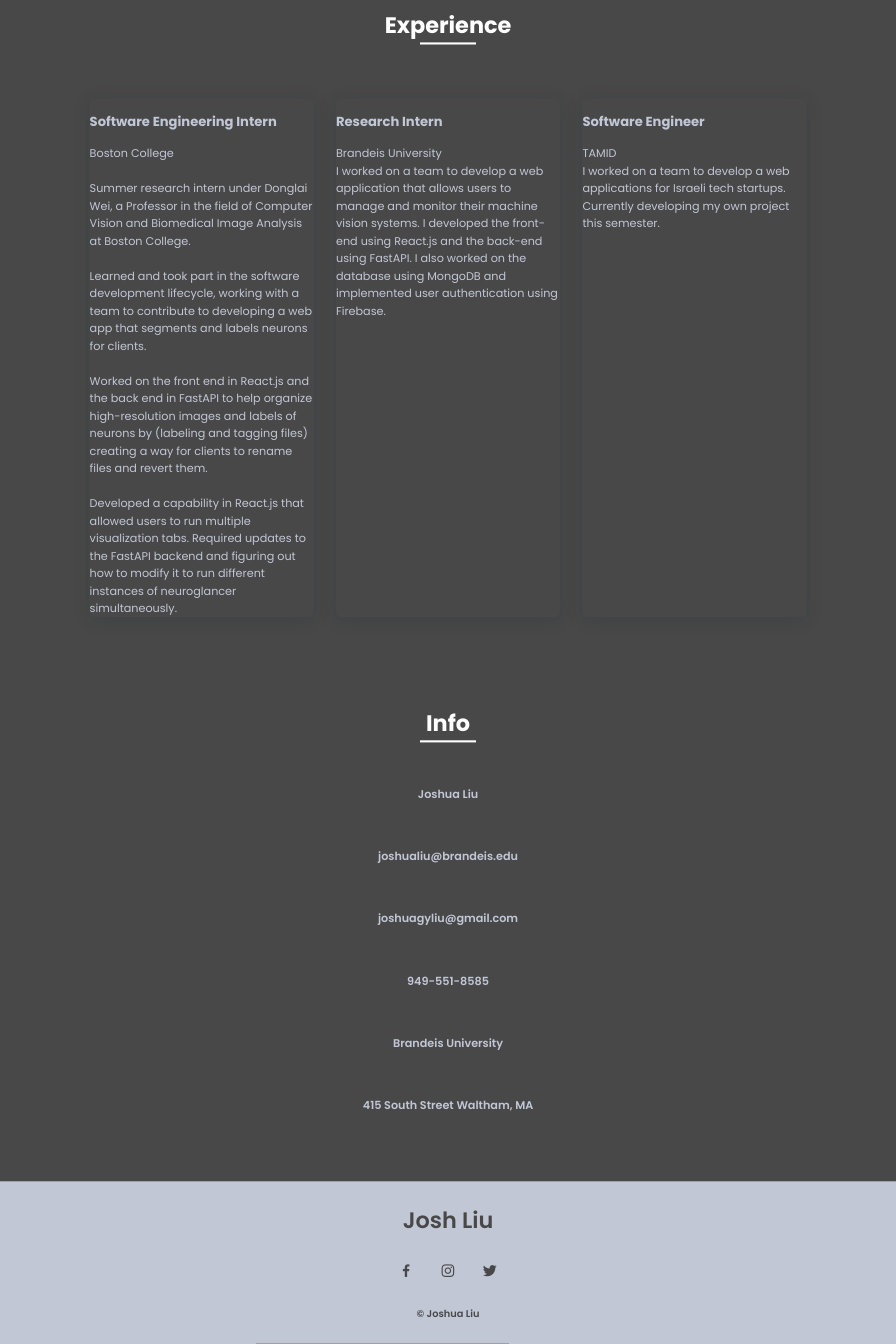
Repository: joshliu14/joshliu14.github.io
Page: index.html
These files come from the project's save history. The page is drawn as it stood at one moment and after the next save; the edit follows.
The browser window is 1280 px wide. The pictures show the part of the page from y = 2231 to 4151 px (the page is 4151 px tall before and 4062 px after), at 70% of full size.

Above is the page before, as saved 2024-02-01 00:50:39.

### index.html
<!DOCTYPE html>
<html lang="en">
  <head>
    <meta charset="UTF-8" />
    <meta name="viewport" content="width=device-width, initial-scale=1.0" />

    <link rel="stylesheet" href="assets/css/web.css" />

    <!-- =====BOX ICONS===== -->
    <link
      href="https://unpkg.com/boxicons@2.1.4/css/boxicons.min.css"
      rel="stylesheet"
    />

    <title>Joshua Liu</title>
  </head>
  <body>
    <!--===== HEADER =====-->
    <header class="l-header">
      <nav class="nav bd-grid">
        <div>
          <a href="#" class="nav__logo">Joshua Liu</a>
        </div>

        <div class="nav__menu" id="nav-menu">
          <ul class="nav__list">
            <li class="nav__item">
              <a href="#home" class="nav__link active-link">Home</a>
            </li>
            <li class="nav__item">
              <a href="#about" class="nav__link">About</a>
            </li>
            <li class="nav__item">
              <a href="#skills" class="nav__link">Skills</a>
            </li>
            <li class="nav__item">
              <a href="#work" class="nav__link">Experience</a>
            </li>
            <li class="nav__item">
              <a href="#contact" class="nav__link">Info</a>
            </li>
          </ul>
        </div>

        <div class="nav__toggle" id="nav-toggle">
          <i class="bx bx-menu"></i>
        </div>
      </nav>
    </header>

    <main class="l-main">
      <!--===== HOME =====-->
      <section class="home bd-grid" id="home">
        <div class="home__data">
          <h1 class="home__title">
            Hi,<br />I'm <span class="home__title-color">Josh</span><br />
          </h1>

          <a href="resume.pdf" class="button">Resume</a>
        </div>

        <div class="home__social">
          <a
            href="https://www.linkedin.com/in/joshua-liu-727847208/"
            class="home__social-icon"
            ><i class="bx bxl-linkedin"></i
          ></a>
          <a href="" class="home__social-icon"
            ><i class="bx bxl-behance"></i
          ></a>
          <a href="https://github.com/joshliu14" class="home__social-icon"
            ><i class="bx bxl-github"></i
          ></a>
        </div>

        <div class="home__img">
          <svg
            class="home__blob"
            viewBox="0 0 479 467"
            xmlns="http://www.w3.org/2000/svg"
            xmlns:xlink="http://www.w3.org/1999/xlink"
          >
            <mask id="mask0" mask-type="alpha">
              <path
                d="M9.19024 145.964C34.0253 76.5814 114.865 54.7299 184.111 29.4823C245.804 6.98884 311.86 -14.9503 370.735 14.143C431.207 44.026 467.948 107.508 477.191 174.311C485.897 237.229 454.931 294.377 416.506 344.954C373.74 401.245 326.068 462.801 255.442 466.189C179.416 469.835 111.552 422.137 65.1576 361.805C17.4835 299.81 -17.1617 219.583 9.19024 145.964Z"
              />
            </mask>
            <g mask="url(#mask0)">
              <path
                d="M9.19024 145.964C34.0253 76.5814 114.865 54.7299 184.111 29.4823C245.804 6.98884 311.86 -14.9503 370.735 14.143C431.207 44.026 467.948 107.508 477.191 174.311C485.897 237.229 454.931 294.377 416.506 344.954C373.74 401.245 326.068 462.801 255.442 466.189C179.416 469.835 111.552 422.137 65.1576 361.805C17.4835 299.81 -17.1617 219.583 9.19024 145.964Z"
              />
              <image
                class="home__blob-img"
                x="30"
                y="65"
                href="assets/img/profile.png"
              />
            </g>
          </svg>
        </div>
      </section>

      <!--===== ABOUT =====-->
      <section class="about section" id="about">
        <h2 class="section-title">About</h2>

        <div class="about__container bd-grid">
          <div class="about__img">
            <img src="assets/img/about.png" alt="" />
          </div>

          <div>
            <h2 class="about__subtitle">I'm Josh</h2>
            <p class="about__text">
              I am currently a sophomore at Brandeis University pursuing a
              degree in Computer Science and Applied Mathematics. I am eager to
              contribute my programming skills to real-world scenarios, and I am
              actively seeking software engineering internship opportunities. My
              goal is to enhance my knowledge, apply theoretical concepts in
              practical settings, and contribute meaningfully to innovative
              projects.
            </p>
          </div>
        </div>
      </section>

      <!--===== SKILLS =====-->
      <section class="skills section" id="skills">
        <h2 class="section-title">Skills</h2>

        <div class="skills__container bd-grid">
          <div>
            <h2 class="skills__subtitle">Programming/Framework/Software Skills</h2>
            <p class="skills__text">
                I have experience with the following programming languages and
                frameworks. I am also familiar with software such as Git and
                Firebase. I am always eager to learn new technologies, languages,
                and frameworks to expand my skillset.
            </p>
            <div class="skills__data">
              <div class="skills__names">
                <i class="bx bxl-java skills__icon"></i>
                <span class="skills__name">JAVA</span>
              </div>
            </div>
            <div class="skills__data">
              <div class="skills__names">
                <i class="bx bxl-javascript skills__icon"></i>
                <span class="skills__name">JAVASCRIPT</span>
              </div>
            </div>
            <div class="skills__data">
              <div class="skills__names">
                <i class="bx bxl-python skills__icon"></i>
                <span class="skills__name">PYTHON</span>
              </div>
            </div>
            <div class="skills__data">
              <div class="skills__names">
                <i class="bx bxl-c-plus-plus skills__icon"></i>
                <span class="skills__name">C++</span>
              </div>
            </div>
            <div class="skills__data">
              <div class="skills__names">
                <i class="bx bxl-html5 skills__icon"></i>
                <span class="skills__name">HTML</span>
              </div>
            </div>
            <div class="skills__data">
              <div class="skills__names">
                <i class="bx bxl-css3 skills__icon"></i>
                <span class="skills__name">CSS</span>
              </div>
            </div>
            <div class="skills__data">
              <div class="skills__names">
                <i class="bx bxl-javascript skills__icon"></i>
                <span class="skills__name">JAVA</span>
              </div>
            </div>
          </div>
          <div class="skills__column2">
            <div class="skills__data">
              <div class="skills__names">
                <i class="bx bxl-react skills__icon"></i>
                <span class="skills__name">REACT.JS</span>
              </div>
            </div>
            <div class="skills__data">
              <div class="skills__names">
                <i class="bx bxl-firebase skills__icon"></i>
                <span class="skills__name">FIREBASE</span>
              </div>
            </div>
            <div class="skills__data">
              <div class="skills__names">
                <i class="bx bxl-mongodb skills__icon"></i>
                <span class="skills__name">MONGODB</span>
              </div>
            </div>
            <div class="skills__data">
              <div class="skills__names">
                <i class="bx bxs-zap skills__icon"></i>
                <span class="skills__name">FASTAPI</span>
              </div>
            </div>
            <div class="skills__data">
              <div class="skills__names">
                <i class="bx bxl-redux skills__icon"></i>
                <span class="skills__name">REDUX</span>
              </div>
            </div>
            <div class="skills__data">
              <div class="skills__names">
                <i class="bx bxl-nodejs skills__icon"></i>
                <span class="skills__name">NODE</span>
              </div>
            </div>
            <div class="skills__data">
              <div class="skills__names">
                <i class="bx bxl-git skills__icon"></i>
                <span class="skills__name">GIT</span>
              </div>
            </div>
          </div>
      </section>

      <!--===== Experience =====-->
      <section class="work section" id="work">
        <h2 class="section-title">Experience</h2>

        <div class="work__container bd-grid">
                <div class="work__img">
                <h3 class="work__title">Software Engineering Intern</h3>
                <span class="work__subtitle">Boston College</span>
                <p class="work__description">
                    <br />
                    Summer research intern under Donglai Wei, a Professor in the field of Computer
                    Vision and Biomedical Image Analysis at Boston College.
                    <br />
                    <br />
                    Learned and took part in the software development lifecycle, working with a team to
                    contribute to developing a web app that segments and labels neurons for clients.
                    <br />
                    <br />
                    Worked on the front end in React.js and the back end in FastAPI to help organize high-resolution images
                    and labels of neurons by (labeling and tagging files) creating a way for clients to rename files and revert them.
                    <br />
                    <br />
                    Developed a capability in React.js that allowed users to run multiple visualization tabs. Required updates
                    to the FastAPI backend and figuring out how to modify it to run different instances of neuroglancer simultaneously.
                </p>
                </div>
                <div class="work__img">
                <h3 class="work__title">Research Intern</h3>
                <span class="work__subtitle">Brandeis University</span>
                <p class="work__description">
                    I worked on a team to develop a web application that allows
                    users to manage and monitor their machine vision systems. I
                    developed the front-end using React.js and the back-end using
                    FastAPI. I also worked on the database using MongoDB and
                    implemented user authentication using Firebase.
                </p>
                </div>
                <div class="work__img">
                <h3 class="work__title">Software Engineer</h3>
                <span class="work__subtitle">TAMID</span>
                <p class="work__description">
                    I worked on a team to develop a web applications for
                    Israeli tech startups. Currently developing my own project
                    this semester.
                </p>
                </div>
        </div>
      </section>

      <!--===== CONTACT =====-->
      <section class="contact section" id="contact">
        <h2 class="section-title">Info</h2>
        <p class="contact__input">Joshua Liu</p>
        <p class="contact__input">joshualiu@brandeis.edu</p>
        <p class="contact__input">joshuagyliu@gmail.com</p>
        <p class="contact__input">949-551-8585</p>
        <p class="contact__input">Brandeis University</p>
        <p class="contact__input">415 South Street Waltham, MA</p>
      </section>
    </main>

    <!--===== FOOTER =====-->
    <footer class="footer">
      <p class="footer__title">Josh Liu</p>
      <div class="footer__social">
        <a href="https://www.facebook.com/josh.liu.9847" class="footer__icon"
          ><i class="bx bxl-facebook"></i
        ></a>
        <a href="https://www.instagram.com/joshliu_" class="footer__icon"
          ><i class="bx bxl-instagram"></i
        ></a>
        <a href="https://twitter.com/jahliu" class="footer__icon"
          ><i class="bx bxl-twitter"></i
        ></a>
      </div>
      <p class="footer__copy">&#169; Joshua Liu</p>
    </footer>

    <!--===== SCROLL REVEAL =====-->
    <script src="https://unpkg.com/scrollreveal"></script>

    <!--===== MAIN JS =====-->
    <script src="assets/js/main.js"></script>
  </body>
</html>

### assets/css/web.css
/*===== GOOGLE FONTS =====*/
@import url("https://fonts.googleapis.com/css2?family=Poppins:wght@400;600;700&display=swap");
/*===== VARIABLES CSS =====*/
:root {
  --header-height: 3rem;
  --font-semi: 600;
  /*===== Colores =====*/
  /*Purple 260 - Red 355 - Blue 224 - Pink 340*/
  /* HSL color mode */
  --hue-color: 224;
  --first-color: hsl(var(--hue-color), 0%, 100%);
  --second-color: hsl(var(--hue-color), 20%, 80%);
  /*===== Fuente y tipografia =====*/
  --body-font: "Poppins", sans-serif;
  --big-font-size: 2rem;
  --h2-font-size: 1.25rem;
  --normal-font-size: 0.938rem;
  --smaller-font-size: 0.75rem;
  /*===== Margenes =====*/
  --mb-2: 1rem;
  --mb-4: 2rem;
  --mb-5: 2.5rem;
  --mb-6: 3rem;
  /*===== z index =====*/
  --z-back: -10;
  --z-fixed: 100;
}
@media screen and (min-width: 968px) {
  :root {
    --big-font-size: 3.5rem;
    --h2-font-size: 2rem;
    --normal-font-size: 1rem;
    --smaller-font-size: 0.875rem;
  }
}

/*===== BASE =====*/
*,
::before,
::after {
  box-sizing: border-box;
}

html {
  scroll-behavior: smooth;
}

body {
  margin: var(--header-height) 0 0 0;
  font-family: var(--body-font);
  font-size: var(--normal-font-size);
  color: var(--second-color);
  background-color: #484848;
}

h1,
h2,
p {
  margin: 0;
}

ul {
  margin: 0;
  padding: 0;
  list-style: none;
}

a {
  text-decoration: none;
}

img {
  max-width: 100%;
  height: auto;
  display: block;
}

/*===== CLASS CSS ===== */
.section-title {
  position: relative;
  font-size: var(--h2-font-size);
  color: var(--first-color);
  margin-top: var(--mb-2);
  margin-bottom: var(--mb-4);
  text-align: center;
}
.section-title::after {
  position: absolute;
  content: "";
  width: 64px;
  height: 0.18rem;
  left: 0;
  right: 0;
  margin: auto;
  top: 2rem;
  background-color: var(--first-color);
}

.section {
  padding-top: 3rem;
  padding-bottom: 2rem;
}

/*===== LAYOUT =====*/
.bd-grid {
  max-width: 1024px;
  display: grid;
  margin-left: var(--mb-2);
  margin-right: var(--mb-2);
}

.l-header {
  width: 100%;
  position: fixed;
  top: 0;
  left: 0;
  z-index: var(--z-fixed);
  background-color: #484848;
  box-shadow: 0 1px 4px rgba(146, 161, 176, 0.15);
}

/*===== NAV =====*/
.nav {
  height: var(--header-height);
  display: flex;
  justify-content: space-between;
  align-items: center;
  font-weight: var(--font-semi);
}
@media screen and (max-width: 767px) {
  .nav__menu {
    position: fixed;
    top: var(--header-height);
    right: -100%;
    width: 80%;
    height: 100%;
    padding: 2rem;
    background-color: var(--second-color);
    transition: 0.5s;
  }
}
.nav__item {
  margin-bottom: var(--mb-4);
}
.nav__link {
  position: relative;
  color: #fff;
}
.nav__link:hover {
  position: relative;
}
.nav__link:hover::after {
  position: absolute;
  content: "";
  width: 100%;
  height: 0.18rem;
  left: 0;
  top: 2rem;
  background-color: var(--first-color);
}
.nav__logo {
  color: var(--second-color);
}
.nav__toggle {
  color: var(--second-color);
  font-size: 1.5rem;
  cursor: pointer;
}

/*Active menu*/
.active-link::after {
  position: absolute;
  content: "";
  width: 100%;
  height: 0.18rem;
  left: 0;
  top: 2rem;
  background-color: var(--first-color);
}

/*=== Show menu ===*/
.show {
  right: 0;
}

/*===== HOME =====*/
.home {
  position: relative;
  row-gap: 5rem;
  padding: 4rem 0 5rem;
}
.home__data {
  align-self: center;
}
.home__title {
  font-size: var(--big-font-size);
  margin-bottom: var(--mb-5);
}
.home__title-color {
  color: var(--first-color);
}
.home__social {
  display: flex;
  flex-direction: column;
}
.home__social-icon {
  width: max-content;
  margin-bottom: var(--mb-2);
  font-size: 1.5rem;
  color: var(--second-color);
}
.home__social-icon:hover {
  color: var(--first-color);
}
.home__img {
  position: absolute;
  right: 0;
  bottom: 0;
  width: 260px;
}
.home__blob {
  fill: var(--first-color);
}
.home__blob-img {
  width: 400px;
}

/*BUTTONS*/
.button {
  display: inline-block;
  background-color: var(--first-color);
  color: #000000;
  padding: 0.75rem 2.5rem;
  font-weight: var(--font-semi);
  border-radius: 0.5rem;
  transition: 0.3s;
}
.button:hover {
  box-shadow: 0px 10px 36px rgba(0, 0, 0, 0.15);
}

/* ===== ABOUT =====*/
.about__container {
  row-gap: 2rem;
  text-align: center;
}
.about__subtitle {
  margin-bottom: var(--mb-2);
}
.about__img {
  justify-self: center;
}
.about__img img {
  width: 200px;
  border-radius: 0.5rem;
}

/* ===== SKILLS =====*/
.skills__container {
  row-gap: 2rem;
  text-align: center;
}
.skills__column2 {
  margin-top: 210px;
}
.skills__subtitle {
  margin-bottom: var(--mb-2);
}
.skills__text {
  margin-bottom: var(--mb-4);
}
.skills__data {
  display: flex;
  justify-content: space-between;
  align-items: center;
  position: relative;
  font-weight: var(--font-semi);
  padding: 0.5rem 1rem;
  margin-bottom: var(--mb-4);
  border-radius: 0.5rem;
  box-shadow: 0px 4px 25px rgba(14, 36, 49, 0.15);
}
.skills__icon {
  font-size: 2rem;
  margin-right: var(--mb-2);
  color: var(--first-color);
}
.skills__names {
  display: flex;
  align-items: center;
}
.skills__bar {
  position: absolute;
  left: 0;
  bottom: 0;
  background-color: var(--first-color);
  height: 0.25rem;
  border-radius: 0.5rem;
  z-index: var(--z-back);
}
.skills__html {
  width: 95%;
}
.skills__css {
  width: 85%;
}
.skills__js {
  width: 65%;
}
.skills__ux {
  width: 85%;
}
.skills__img {
  border-radius: 0.5rem;
}

/* ===== WORK =====*/
.work__container {
  row-gap: 2rem;
}
.work__img {
  box-shadow: 0px 4px 25px rgba(14, 36, 49, 0.15);
  border-radius: 0.5rem;
  overflow: hidden;
}
.work__img img {
  transition: 1s;
}
.work__img img:hover {
  transform: scale(1.1);
}

/* ===== CONTACT =====*/
.contact__input {
  text-align: center;
  font-size: var(--normal-font-size);
  font-weight: var(--font-semi);
  padding: 1rem;
  margin-bottom: var(--mb-4);
}

/* ===== FOOTER =====*/
.footer {
  background-color: var(--second-color);
  color: #484848;
  text-align: center;
  font-weight: var(--font-semi);
  padding: 2rem 0;
}
.footer__title {
  font-size: 2rem;
  margin-bottom: var(--mb-4);
}
.footer__social {
  margin-bottom: var(--mb-4);
}
.footer__icon {
  font-size: 1.5rem;
  color: #484848;
  margin: 0 var(--mb-2);
}
.footer__copy {
  font-size: var(--smaller-font-size);
}

/* ===== MEDIA QUERIES=====*/
@media screen and (max-width: 320px) {
  .home {
    row-gap: 2rem;
  }
  .home__img {
    width: 200px;
  }
}
@media screen and (min-width: 576px) {
  .home {
    padding: 4rem 0 2rem;
  }
  .home__social {
    padding-top: 0;
    padding-bottom: 2.5rem;
    flex-direction: row;
    align-self: flex-end;
  }
  .home__social-icon {
    margin-bottom: 0;
    margin-right: var(--mb-4);
  }
  .home__img {
    width: 300px;
    bottom: 25%;
  }
  .about__container {
    grid-template-columns: repeat(2, 1fr);
    align-items: center;
    text-align: initial;
  }
  .skills__container {
    grid-template-columns: 0.7fr;
    justify-content: center;
    column-gap: 1rem;
  }
  .work__container {
    grid-template-columns: repeat(2, 1fr);
    column-gap: 2rem;
    padding-top: 2rem;
  }
}
@media screen and (min-width: 768px) {
  body {
    margin: 0;
  }
  .section {
    padding-top: 4rem;
    padding-bottom: 3rem;
  }
  .section-title {
    margin-bottom: var(--mb-6);
  }
  .section-title::after {
    width: 80px;
    top: 3rem;
  }
  .nav {
    height: calc(var(--header-height) + 1.5rem);
  }
  .nav__list {
    display: flex;
    padding-top: 0;
  }
  .nav__item {
    margin-left: var(--mb-6);
    margin-bottom: 0;
  }
  .nav__toggle {
    display: none;
  }
  .nav__link {
    color: var(--second-color);
  }
  .home {
    padding: 8rem 0 2rem;
  }
  .home__img {
    width: 400px;
    bottom: 10%;
  }
  .about__container {
    padding-top: 2rem;
  }
  .about__img img {
    width: 300px;
  }
  .skills__container {
    grid-template-columns: repeat(2, 1fr);
    column-gap: 2rem;
    align-items: center;
    text-align: initial;
  }
  .work__container {
    grid-template-columns: repeat(3, 1fr);
    column-gap: 2rem;
  }
}
@media screen and (min-width: 992px) {
  .bd-grid {
    margin-left: auto;
    margin-right: auto;
  }
  .home {
    padding: 10rem 0 2rem;
  }
  .home__img {
    width: 450px;
  }
}

### assets/js/main.js
/*===== MENU SHOW =====*/
const showMenu = (toggleId, navId) => {
  const toggle = document.getElementById(toggleId),
    nav = document.getElementById(navId);

  if (toggle && nav) {
    toggle.addEventListener("click", () => {
      nav.classList.toggle("show");
    });
  }
};
showMenu("nav-toggle", "nav-menu");

/*==================== REMOVE MENU MOBILE ====================*/
const navLink = document.querySelectorAll(".nav__link");

function linkAction() {
  const navMenu = document.getElementById("nav-menu");
  // When we click on each nav__link, we remove the show-menu class
  navMenu.classList.remove("show");
}
navLink.forEach((n) => n.addEventListener("click", linkAction));

/*==================== SCROLL SECTIONS ACTIVE LINK ====================*/
const sections = document.querySelectorAll("section[id]");

const scrollActive = () => {
  const scrollDown = window.scrollY;

  sections.forEach((current) => {
    const sectionHeight = current.offsetHeight,
      sectionTop = current.offsetTop - 58,
      sectionId = current.getAttribute("id"),
      sectionsClass = document.querySelector(
        ".nav__menu a[href*=" + sectionId + "]"
      );

    if (scrollDown > sectionTop && scrollDown <= sectionTop + sectionHeight) {
      sectionsClass.classList.add("active-link");
    } else {
      sectionsClass.classList.remove("active-link");
    }
  });
};
window.addEventListener("scroll", scrollActive);

/*===== SCROLL REVEAL ANIMATION =====*/
const sr = ScrollReveal({
  origin: "top",
  distance: "60px",
  duration: 2000,
  delay: 200,
  //     reset: true
});

sr.reveal(".home__data, .about__img, .skills__subtitle, .skills__text", {});
sr.reveal(".home__img, .about__subtitle, .about__text, .skills__img", {
  delay: 400,
});
sr.reveal(".home__social-icon", { interval: 200 });
sr.reveal(".skills__data, .work__img, .contact__input", { interval: 200 });

After the next save:
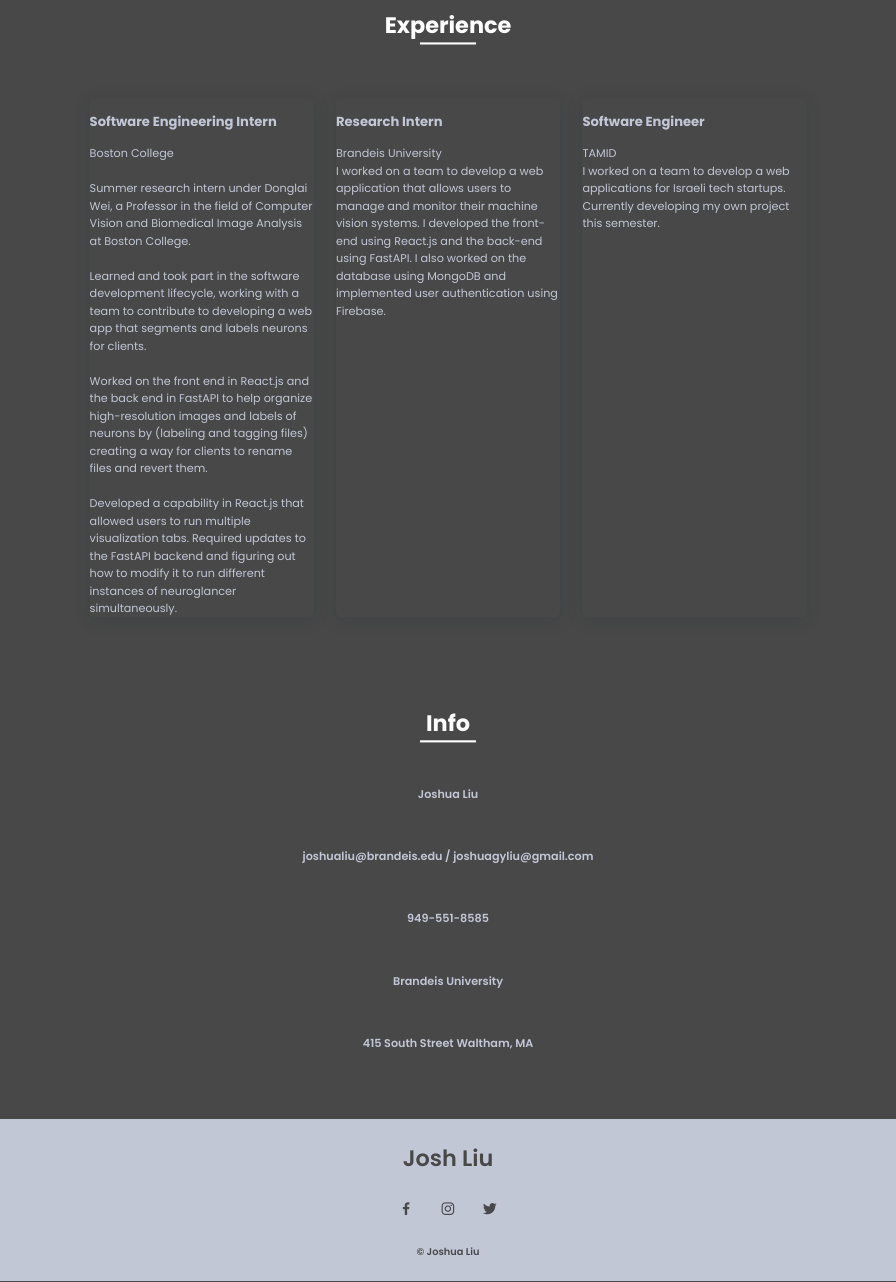
Saved 57 s later.
--- a/index.html
+++ b/index.html
@@ -279,8 +279,7 @@
       <section class="contact section" id="contact">
         <h2 class="section-title">Info</h2>
         <p class="contact__input">Joshua Liu</p>
-        <p class="contact__input">joshualiu@brandeis.edu</p>
-        <p class="contact__input">joshuagyliu@gmail.com</p>
+        <p class="contact__input">joshualiu@brandeis.edu / joshuagyliu@gmail.com</p>
         <p class="contact__input">949-551-8585</p>
         <p class="contact__input">Brandeis University</p>
         <p class="contact__input">415 South Street Waltham, MA</p>
